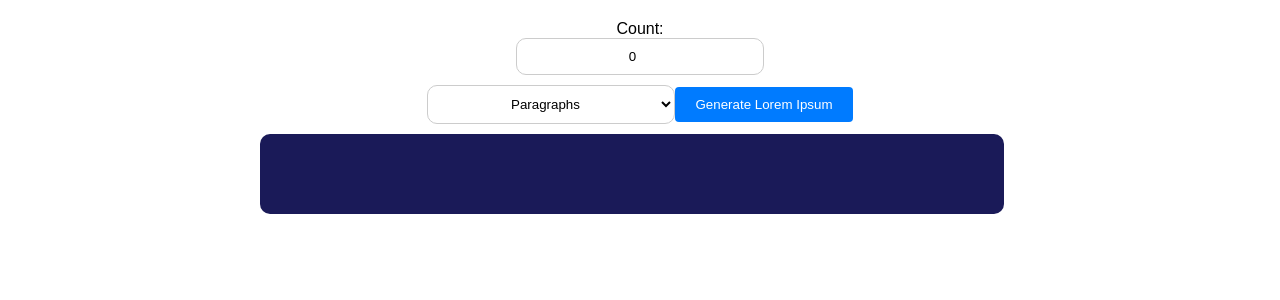
Repository: sriram1224/lorem-generator
Page: /
The author's editor kept a copy of each file at every save. The page is drawn from the files as they stood at one save, then again after the next save.
The browser window is 1280 px wide. The pictures show the whole page.
The project was rebuilt for these pictures with package versions that can differ from the ones it lists, and the page was loaded fresh each time.

Above is the page before, as saved 2024-03-11 21:46:41.

After the next save:
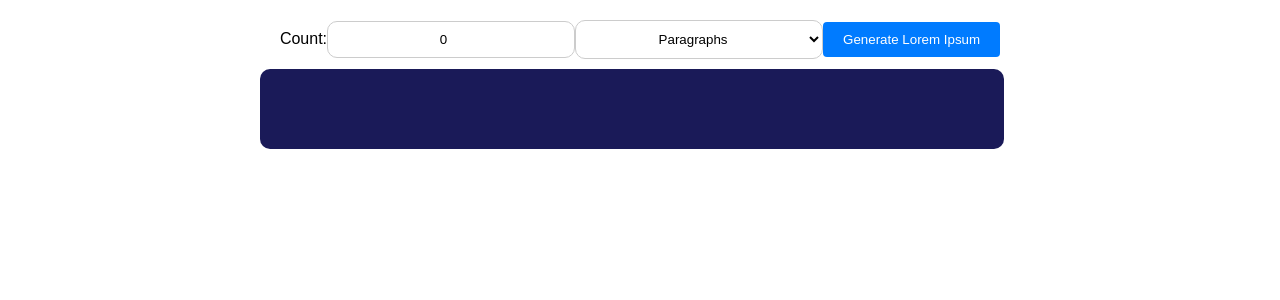
Saved 109 s later.
--- a/src/Components/lorem.js
+++ b/src/Components/lorem.js
@@ -46,9 +46,7 @@ const LoremGenerator = () => {
     <div>
       <label>
         Count:
-        <div>
-          <input type="number" value={count} onChange={handleCountChange} />
-        </div>
+        <input type="number" value={count} onChange={handleCountChange} />
       </label>
       <select value={type} onChange={handleTypeChange}>
         <option value="paragraphs">Paragraphs</option>
@@ -57,9 +55,8 @@ const LoremGenerator = () => {
       <button onClick={generateLorem}>Generate Lorem Ipsum</button>
       <div className="list-container">
         {generatedText.split('\n').map((text, index) => (
-          <div className="list" key={index}>
+          <div className="list" key={`text_${index}`}>
             <span>{text}</span>
-
           </div>
         ))}
       </div>
